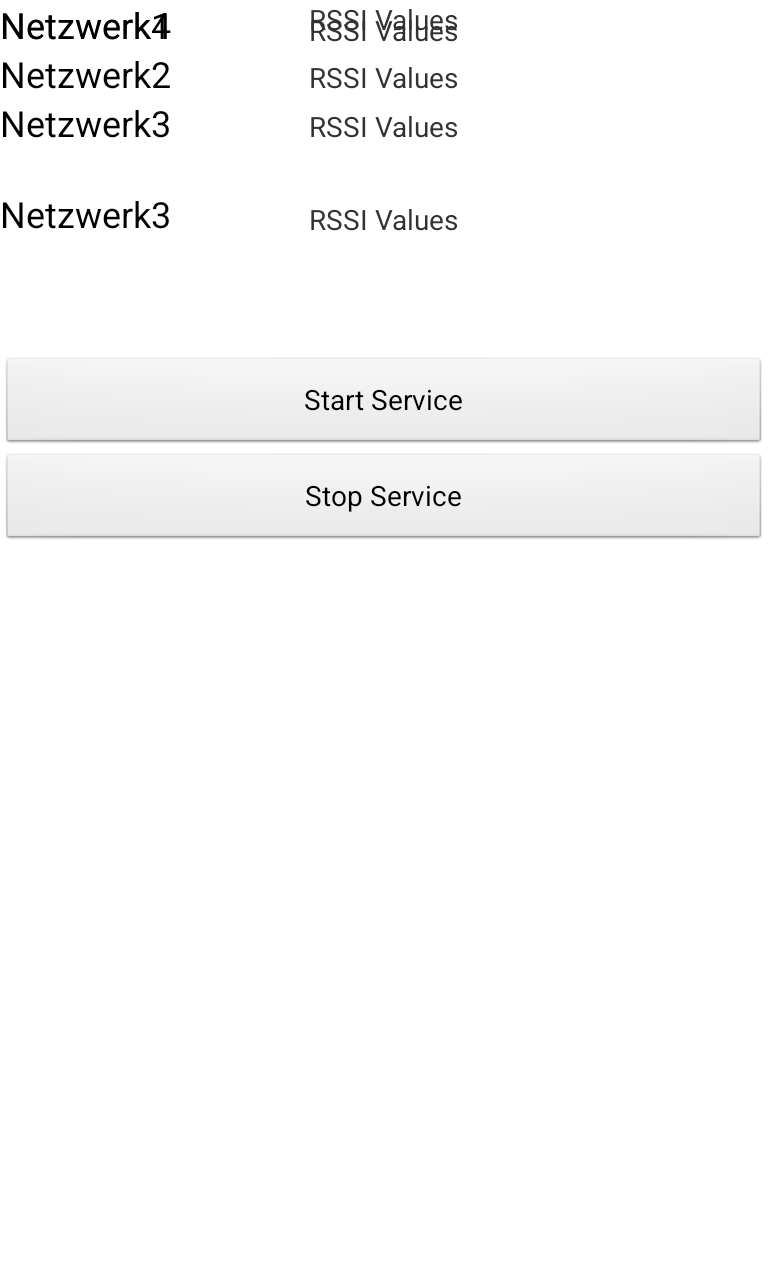
Repository: agejku/Embedded-Systems
Layout: Positionsensor/res/layout/main.xml
These files come from the project's save history. The layout is drawn as it stood at one moment and after the next save; the edit follows.
It is drawn on a 768 x 1280 px phone screen (xhdpi) without system bars, with theme AppTheme; the app's code is not run.

Above is the layout before, as saved 2014-04-23 11:06:36.

### Positionsensor/res/layout/main.xml
<?xml version="1.0" encoding="utf-8"?>
<RelativeLayout xmlns:android="http://schemas.android.com/apk/res/android"
    android:id="@+id/NetNumber1"
    android:layout_width="fill_parent"
    android:layout_height="fill_parent"
    android:orientation="vertical" >

   <Button
       android:id="@+id/btnStopService"
       android:layout_width="fill_parent"
       android:layout_height="wrap_content"
       android:layout_alignParentLeft="true"
       android:layout_below="@+id/btnStartService"
       android:onClick="stopService"
       android:text="@string/stop_service" />

   <TextView
       android:id="@+id/network2"
       android:layout_width="wrap_content"
       android:layout_height="wrap_content"
       android:layout_alignParentLeft="true"
       android:layout_below="@+id/network1"
       android:text="@string/network2"
       android:textAppearance="?android:attr/textAppearanceMedium" />

   <TextView
       android:id="@+id/rssiNet2"
       android:layout_width="wrap_content"
       android:layout_height="wrap_content"
       android:layout_alignBaseline="@+id/network2"
       android:layout_alignBottom="@+id/network2"
       android:layout_alignLeft="@+id/rssiNet1"
       android:text="@string/start_rssi" />

   <TextView
       android:id="@+id/network3"
       android:layout_width="wrap_content"
       android:layout_height="wrap_content"
       android:layout_alignParentLeft="true"
       android:layout_below="@+id/network2"
       android:text="@string/network3"
       android:textAppearance="?android:attr/textAppearanceMedium" />

   <TextView
       android:id="@+id/rssiNet3"
       android:layout_width="wrap_content"
       android:layout_height="wrap_content"
       android:layout_alignBaseline="@+id/network3"
       android:layout_alignBottom="@+id/network3"
       android:layout_alignLeft="@+id/rssiNet2"
       android:text="@string/start_rssi" />

   <Button
       android:id="@+id/btnStartService"
       android:layout_width="fill_parent"
       android:layout_height="wrap_content"
       android:layout_alignParentLeft="true"
       android:layout_alignParentTop="true"
       android:layout_marginTop="178dp"
       android:onClick="startService"
       android:text="@string/start_service" />

   <TextView
       android:id="@+id/rssiNet1"
       android:layout_width="wrap_content"
       android:layout_height="wrap_content"
       android:layout_above="@+id/network2"
       android:layout_centerHorizontal="true"
       android:text="@string/start_rssi" />

   <TextView
       android:id="@+id/network1"
       android:layout_width="wrap_content"
       android:layout_height="wrap_content"
       android:layout_alignParentLeft="true"
       android:layout_alignParentTop="true"
       android:text="@string/network1"
       android:textAppearance="?android:attr/textAppearanceMedium" />

   <TextView
       android:id="@+id/network4"
       android:layout_width="wrap_content"
       android:layout_height="wrap_content"
       android:layout_alignParentLeft="true"
       android:layout_below="@+id/rssiNet4"
       android:text="@string/network4"
       android:textAppearance="?android:attr/textAppearanceMedium" />

   <TextView
       android:id="@+id/TextView02"
       android:layout_width="wrap_content"
       android:layout_height="wrap_content"
       android:layout_alignParentLeft="true"
       android:layout_below="@+id/network3"
       android:layout_marginTop="21dp"
       android:text="@string/network3"
       android:textAppearance="?android:attr/textAppearanceMedium" />

   <TextView
       android:id="@+id/TextView03"
       android:layout_width="wrap_content"
       android:layout_height="wrap_content"
       android:layout_alignBottom="@+id/TextView01"
       android:layout_alignLeft="@+id/rssiNet3"
       android:text="@string/start_rssi" />

   <TextView
       android:id="@+id/TextView04"
       android:layout_width="wrap_content"
       android:layout_height="wrap_content"
       android:layout_alignBottom="@+id/TextView02"
       android:layout_alignLeft="@+id/TextView03"
       android:text="@string/start_rssi" />

</RelativeLayout>

### Positionsensor/res/values/strings.xml
<resources>

    <string name="app_name">WifiFingerprinting</string>
    <string name="hello_world">Hello world!</string>
    <string name="menu_settings">Settings</string>
    <string name="title_activity_main">Wifi Fingerprinting</string>
    <string name="start_service">Start Service</string>
    <string name="stop_service">Stop Service</string>
    <string name="start_rssi">RSSI Values</string>
    <string name="network1">Netzwerk1</string>
    <string name="network2">Netzwerk2</string>
    <string name="network3">Netzwerk3</string>
    <string name="network4">Netzwerk4</string>
    <string name="network5">Netzwerk5</string>

</resources>

Loaded but not shown: Positionsensor/res/values/styles.xml (common file)

After the next save:
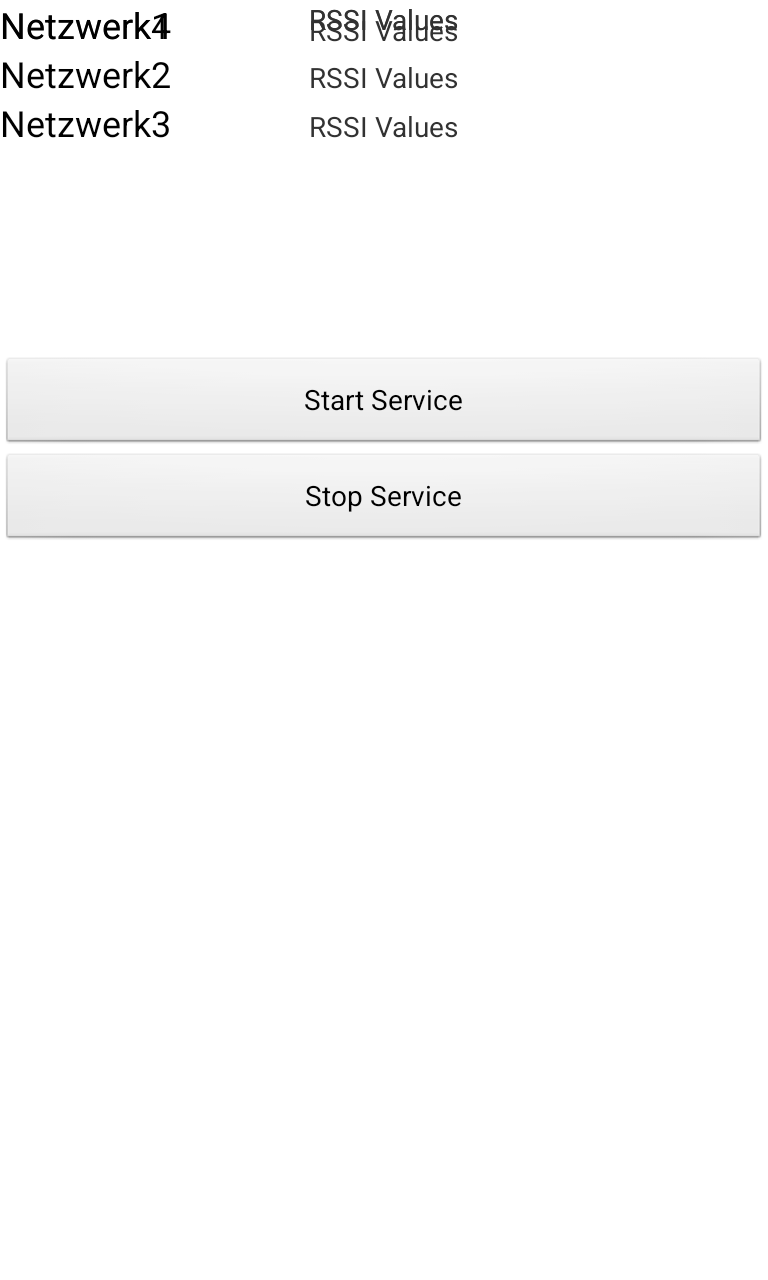
Saved 19 s later.
--- a/Positionsensor/res/layout/main.xml
+++ b/Positionsensor/res/layout/main.xml
@@ -87,13 +87,13 @@
        android:textAppearance="?android:attr/textAppearanceMedium" />
 
    <TextView
-       android:id="@+id/TextView02"
+       android:id="@+id/network5"
        android:layout_width="wrap_content"
        android:layout_height="wrap_content"
        android:layout_alignParentLeft="true"
-       android:layout_below="@+id/network3"
+       android:layout_below="@+id/network5"
        android:layout_marginTop="21dp"
-       android:text="@string/network3"
+       android:text="@string/network5"
        android:textAppearance="?android:attr/textAppearanceMedium" />
 
    <TextView
